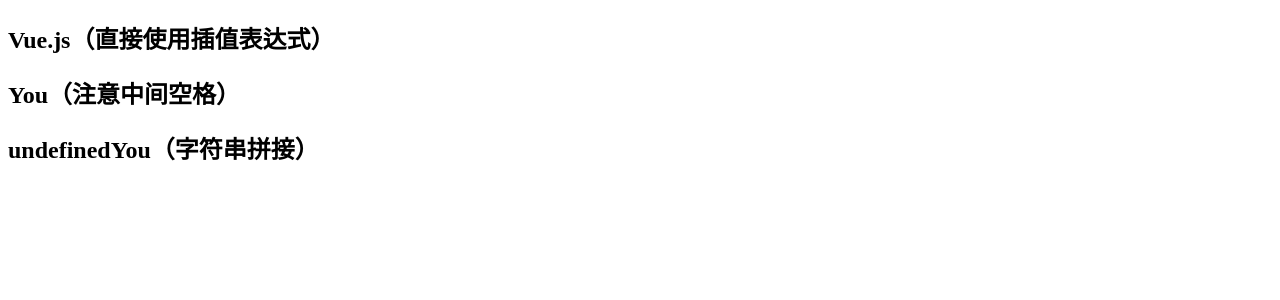
Repository: Gin1217/vueNotes
Page: firstVUE/HTML/quickstart.html
These files come from the project's save history. The page is drawn as it stood at one moment and after the next save; the edit follows.
The browser window is 1280 px wide. The pictures show the whole page.

Above is the page before, as saved 2021-03-10 09:20:05.

After the next save:
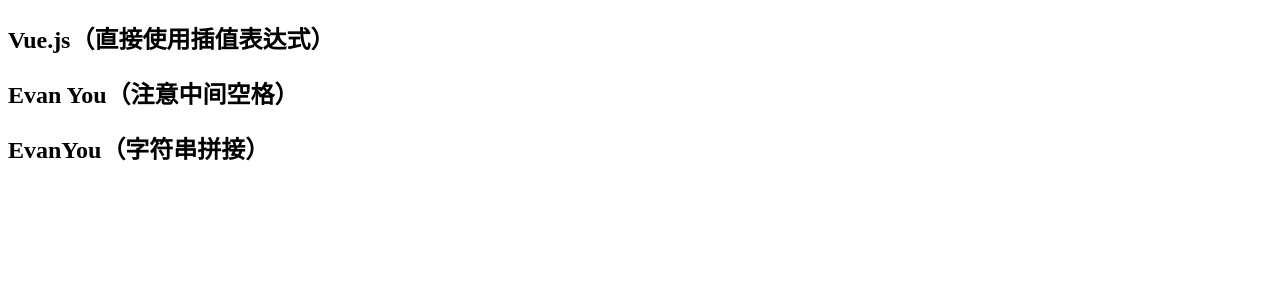
Saved 29 s later.
--- a/firstVUE/HTML/quickstart.html
+++ b/firstVUE/HTML/quickstart.html
@@ -30,7 +30,7 @@
             el: '#app',
             data:{
                 message:'Vue.js',
-                firsrName:'Evan',
+                firstName:'Evan',
                 lastName:'You',
                 age:41,
                 info:'<a href="heep://cn/vue.js.org/">Vue.js文档</a>',
